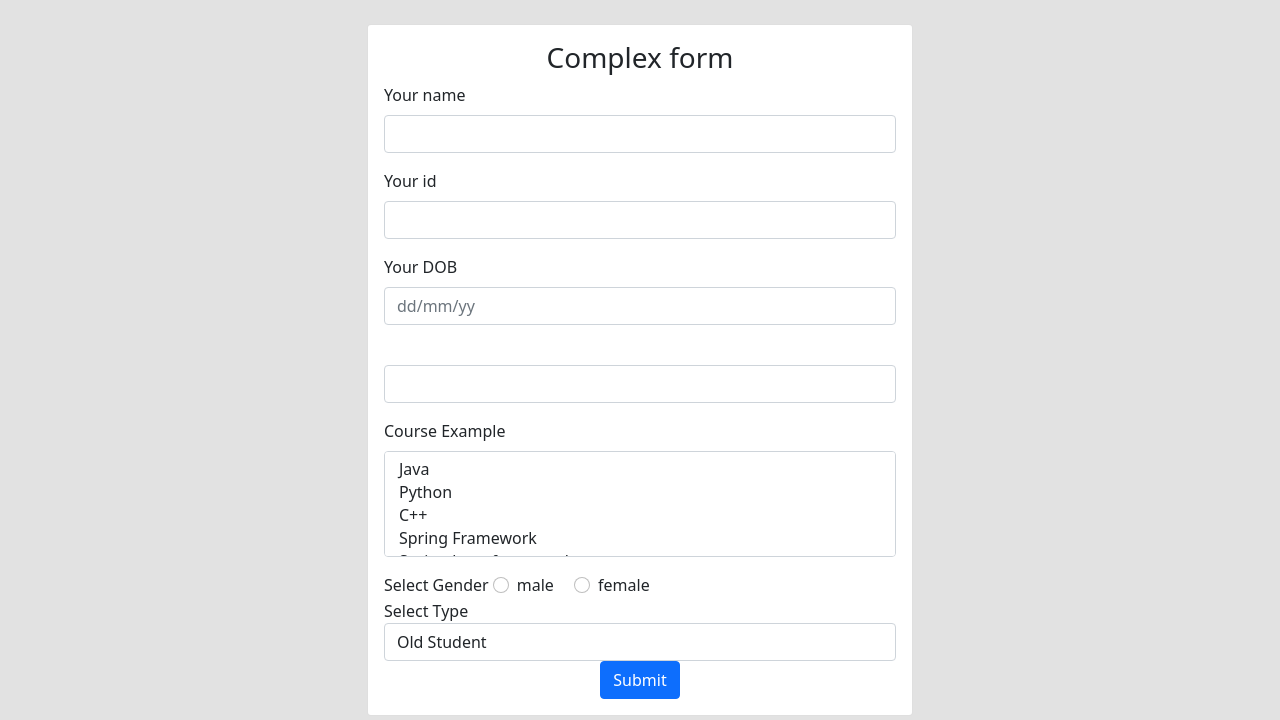
Repository: himanshurai26/Spring-Framewrok-code-
Page: http://localhost/SpringMvcSearch/WEB-INF/views/complex-form.jsp
An editor plug-in stored every save of this project. The page is shown before and after the next save, followed by the edit.
The browser window is 1280 px wide. The pictures show the whole page.
The page is served by Tomcat 9. Nobody is signed in. Other server files are loaded and not shown. The template is opened directly, without the code that normally fills it, so the values that code supplies are empty.

Above is the page before, as saved 2023-07-28 16:51:09.

### SpringMVC/SpringMvcSearch/src/main/webapp/WEB-INF/views/complex-form.jsp
<!doctype html>
<html lang="en">
  <head>
    <!-- Required meta tags -->
    <meta charset="utf-8">
    <meta name="viewport" content="width=device-width, initial-scale=1">

    <!-- Bootstrap CSS -->
    <link href="https://cdn.jsdelivr.net/npm/bootstrap@5.0.2/dist/css/bootstrap.min.css" rel="stylesheet" integrity="sha384-EVSTQN3/azprG1Anm3QDgpJLIm9Nao0Yz1ztcQTwFspd3yD65VohhpuuCOmLASjC" crossorigin="anonymous">

    <title>Complex form</title>
  </head>
  <body class="" style="background: #e2e2e2;">

   <div class="container mt-4">

   <div class="row">
   <div class="col-md-6 offset-md-3">
   <div class="card">
   <div class="card-body">
   <h3 class="text-center">Complex form</h3>
   <form >
   <div class="form-group">
   <form>
  <div class="mb-3">
    <label for="exampleInputEmail1" class="form-label">Your name</label>
    <input type="email" class="form-control" id="exampleInputEmail1" name="name" aria-describedby="emailHelp">
    </div>

  <div class="mb-3">
    <label for="exampleInputId" class="form-label">Your id</label>
    <input type="password" class="form-control" id="exampleInputPassword1" name="id">
  </div>

  <div class="mb-3">
    <label for="exampleInputEmail1" class="form-label">Your DOB</label>
    <input type="email" class="form-control" id="exampleInputEmail1" name="dob"  placeholder="dd/mm/yy" aria-describedby="emailHelp">
    </div>

    <div class="mb-3">
    <label for="exampleInputEmail1" class="form-label"></label>
    <input type="email" class="form-control" id="exampleInputEmail1" name="name" aria-describedby="emailHelp">
    </div>

    <div class="mb-3">
    <label for="formcontrolselect1" class="form-label">Course Example</label>
    <select
    class="form-control" id="exampleInputEmail1" name="subjects"  multiple>
 <option>Java</option>
 <option>Python</option>
 <option>C++</option>
 <option>Spring Framework</option>
 <option>Spring boot framework</option>
 <option>Jsp</option>
 </select>
    </div>

    <div class="form-group">
    <span class="mr-3">Select Gender</span>
    <div class="form-check form-check-inline">
    <input class="form-check-input"  type="radio" name="gender"
    id="inlineRadio1" value="male"><label
    class="form-check-Label" for="inlineRadio1">male
    </label>
    </div>
    <div class="form-check form-check-inline">
    <input class="form-check-input"  type="radio" name="gender"
    id="inlineRadio2" value="male"><label
    class="form-check-Label" for="inlineRadio2">female
    </label>
    </div>

    </div>

    <div class="form-group">
    <label for="">Select Type</label><select class="form-control"
    name="type">
    <option value="oldstudent">Old Student</option>
    <option value="normalstudent">Normal Student</option>
    </select>
    </div>

  <div class="container text-center">
  <button type="submit" class="btn btn-primary">Submit</button>
</div>
</form>

   </div>

   </form>
   </div>

   </div>
   </div>
   </div>
   </div>















    <script src="https://cdn.jsdelivr.net/npm/bootstrap@5.0.2/dist/js/bootstrap.bundle.min.js" integrity="sha384-MrcW6ZMFYlzcLA8Nl+NtUVF0sA7MsXsP1UyJoMp4YLEuNSfAP+JcXn/tWtIaxVXM" crossorigin="anonymous"></script>

  </body>
</html>

After the next save:
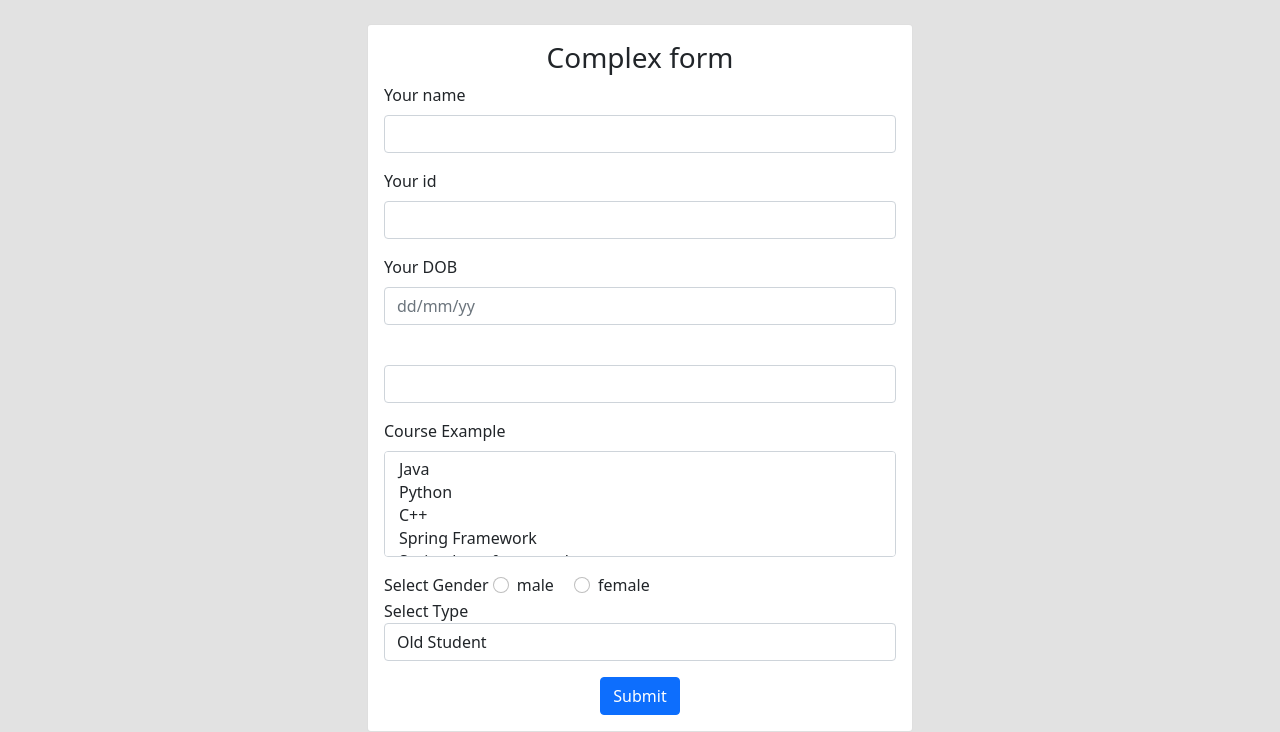
Saved 57 s later.
--- a/SpringMVC/SpringMvcSearch/src/main/webapp/WEB-INF/views/complex-form.jsp
+++ b/SpringMVC/SpringMvcSearch/src/main/webapp/WEB-INF/views/complex-form.jsp
@@ -80,7 +80,7 @@
     </select>
     </div>
 
-  <div class="container text-center">
+  <div class="container text-center mt-3">
   <button type="submit" class="btn btn-primary">Submit</button>
 </div>
 </form>
